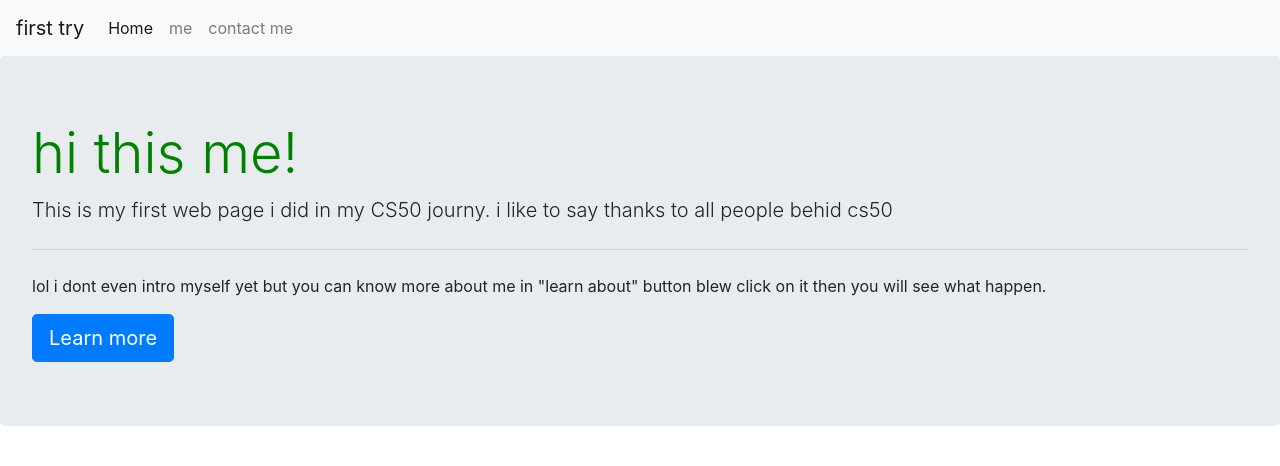
Repository: goodwiins/cs50_2019
Page: pset5/homepage/index.html
The author's editor kept a record of every edit. The page is drawn from the files as they stood at one moment, then again after the next edit.
The browser window is 1280 px wide. The pictures show the whole page.

Above is the page before.

After the next edit:
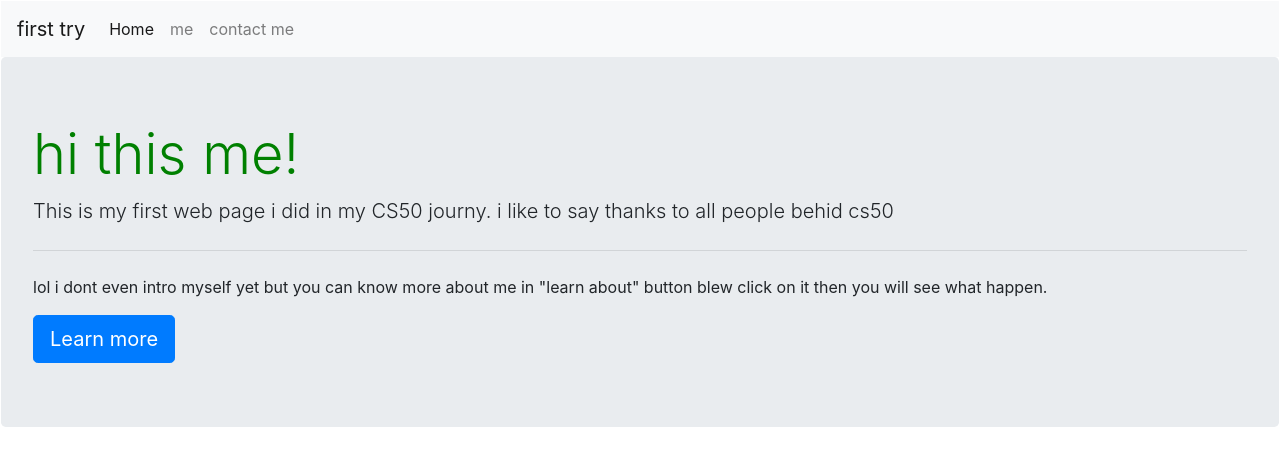
The edit:
--- a/pset5/homepage/styles.css
+++ b/pset5/homepage/styles.css
@@ -12,3 +12,6 @@ h1 {
 
 
 }
+body{
+  border: 1px solid white;
+  border-radius: 50%; }
